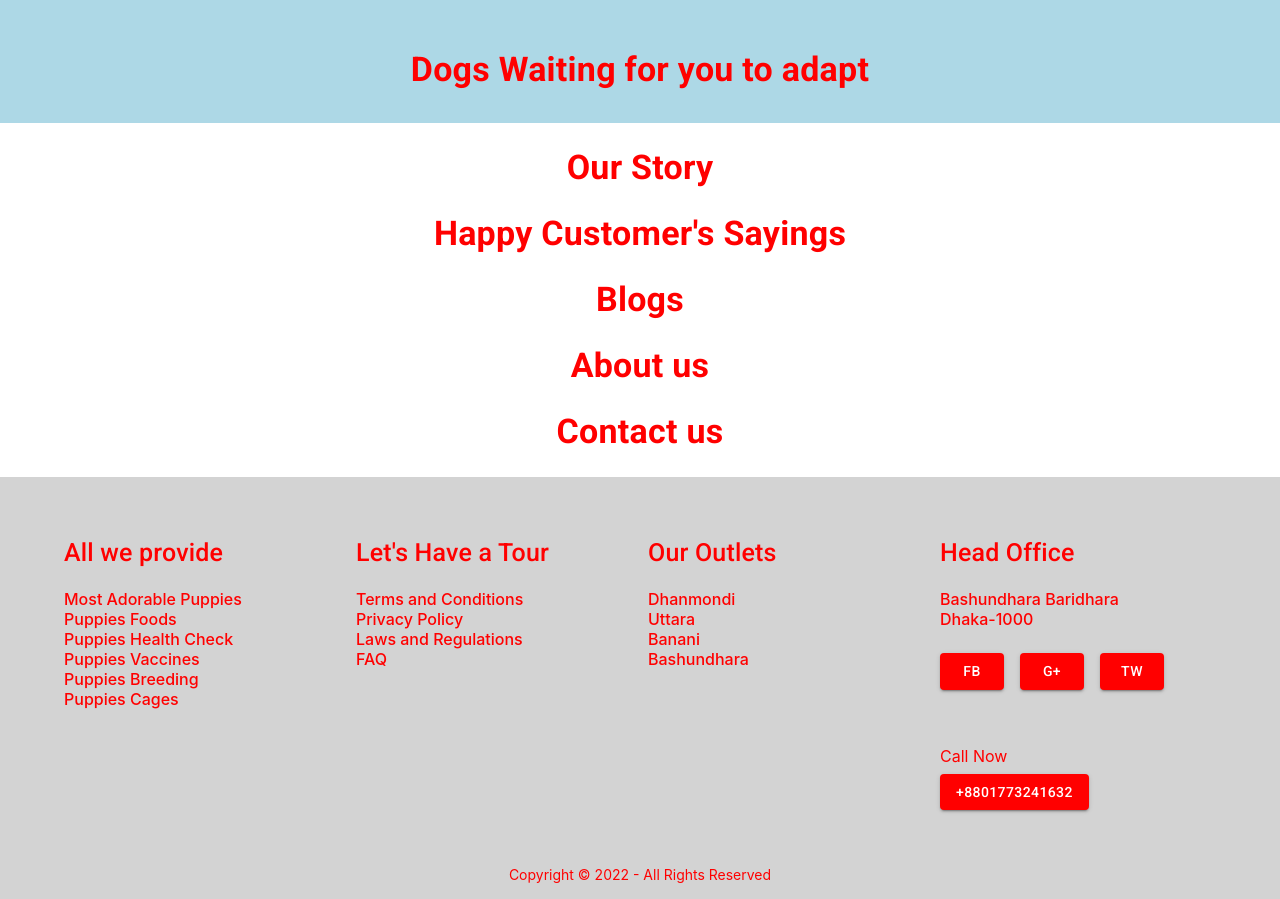
Repository: Sharif-00112/dogos-paradise-client
Page: /
These files come from the project's save history. The page is drawn as it stood at one moment and after the next save; the edit follows.
The browser window is 1280 px wide. The pictures show the part of the page from y = 1041 to 1940 px (the page is 1940 px tall before and 1930 px after).
The page's requests for data from a server got no answer. The project was rebuilt for these pictures with package versions that can differ from the ones it lists, and the page was loaded fresh each time. Some packages were replaced by stand-ins written for this rebuild. No one was signed in, and anything a server would have sent is missing. Also part of the build but not shown: src/Pages/Home/Dog/Dog.js, src/Pages/Login/Login/Login.js, src/Pages/Login/Register/Register.js, src/Pages/NotFound/NotFound.js.

Above is the page before, as saved 2022-12-02 15:59:23.

After the next save:
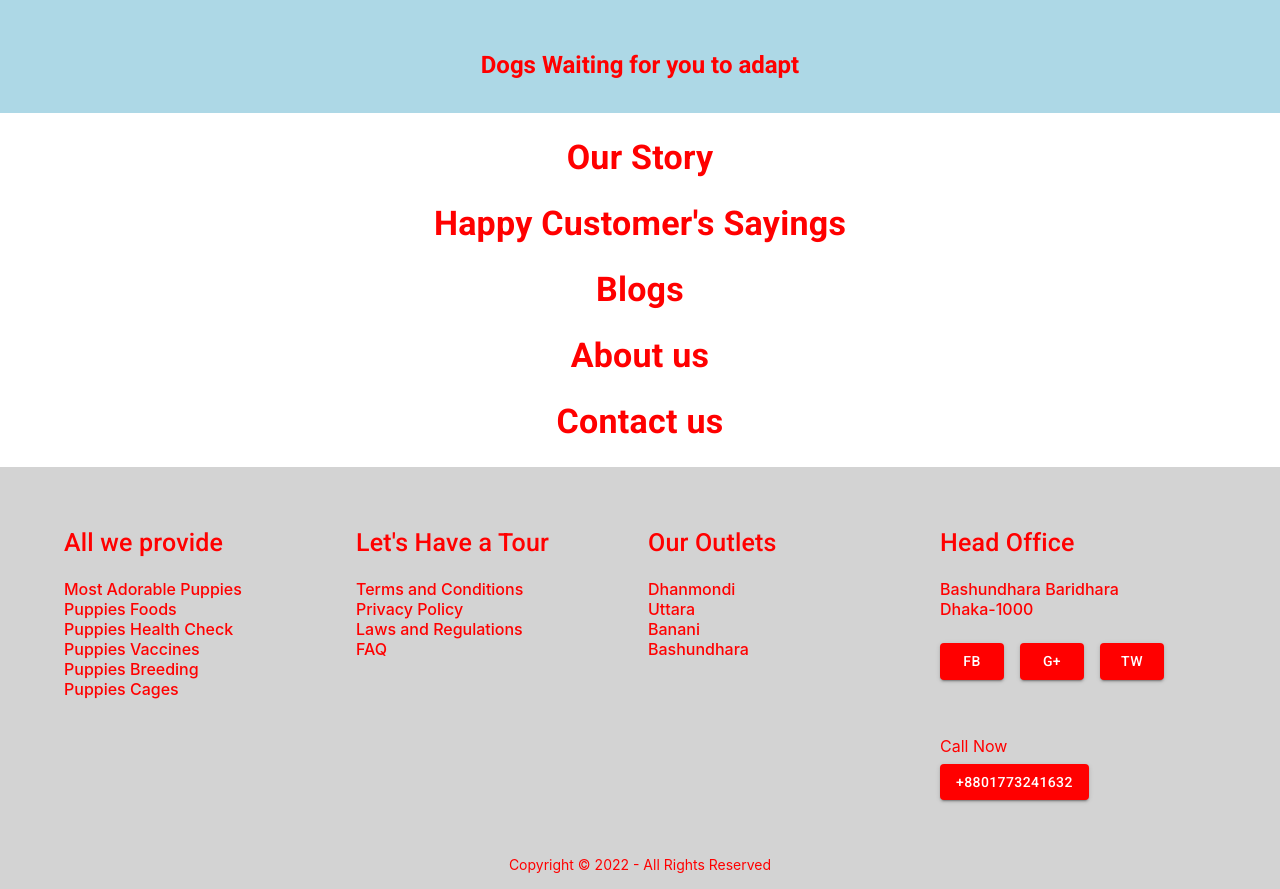
Saved 11 s later.
--- a/src/Pages/Home/Dogs/Dogs.js
+++ b/src/Pages/Home/Dogs/Dogs.js
@@ -101,7 +101,7 @@ const Dogs = () => {
         <div>
             <Box sx={{ flexGrow: 1, backgroundColor:"lightblue", py:4 }}>
                 <Container>
-                    <Typography sx={{ p:3, color: 'red', fontWeight: 600 }} variant="h4" component="div">
+                    <Typography sx={{ p:3, color: 'red', fontWeight: 600 }} variant="h5" component="div">
                         Dogs Waiting for you to adapt
                     </Typography>
 

After the save that followed:
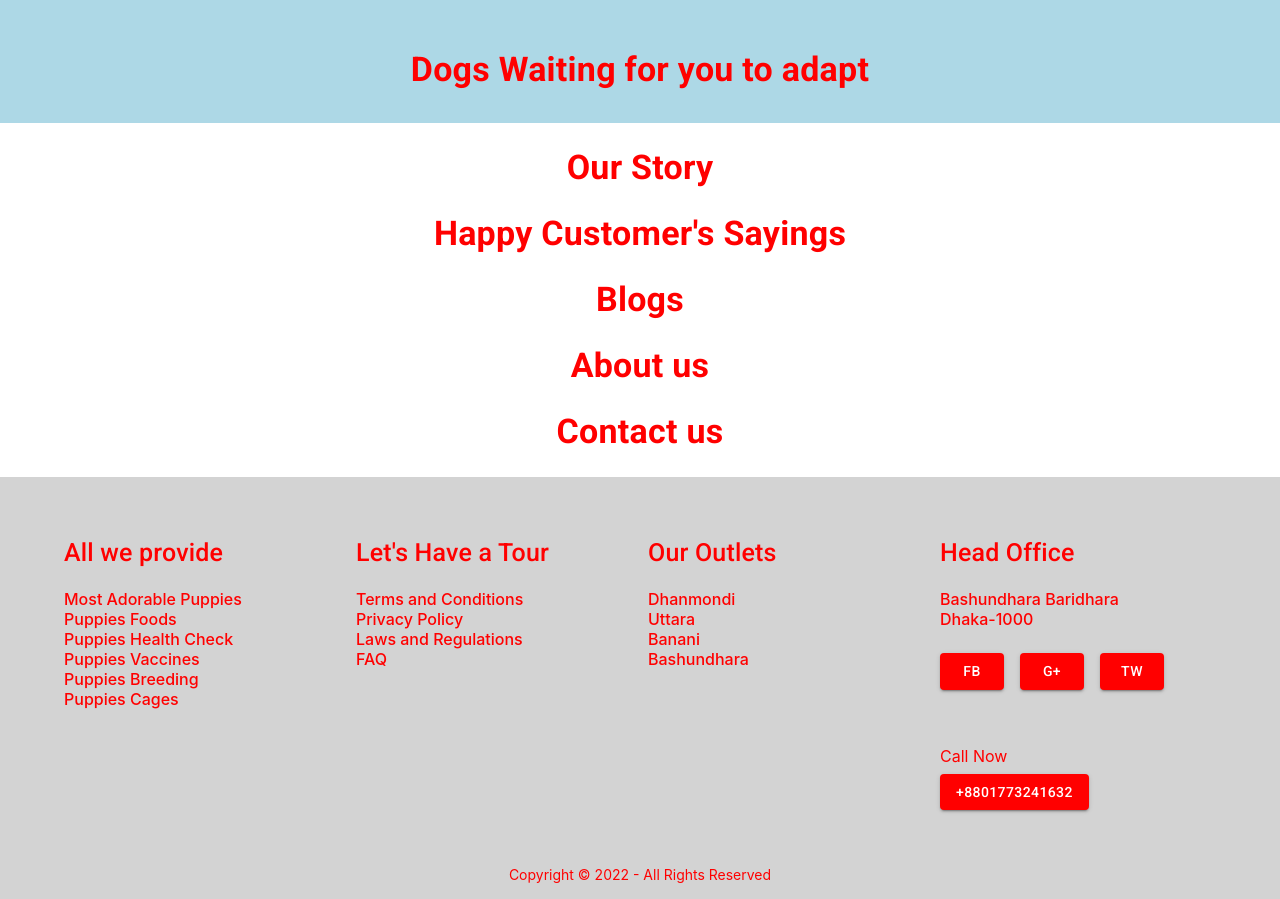
Saved 10 s later.
--- a/src/Pages/Home/Dogs/Dogs.js
+++ b/src/Pages/Home/Dogs/Dogs.js
@@ -101,7 +101,7 @@ const Dogs = () => {
         <div>
             <Box sx={{ flexGrow: 1, backgroundColor:"lightblue", py:4 }}>
                 <Container>
-                    <Typography sx={{ p:3, color: 'red', fontWeight: 600 }} variant="h5" component="div">
+                    <Typography sx={{ p:3, color: 'red', fontWeight: 600 }} variant="h4" component="div">
                         Dogs Waiting for you to adapt
                     </Typography>
 
